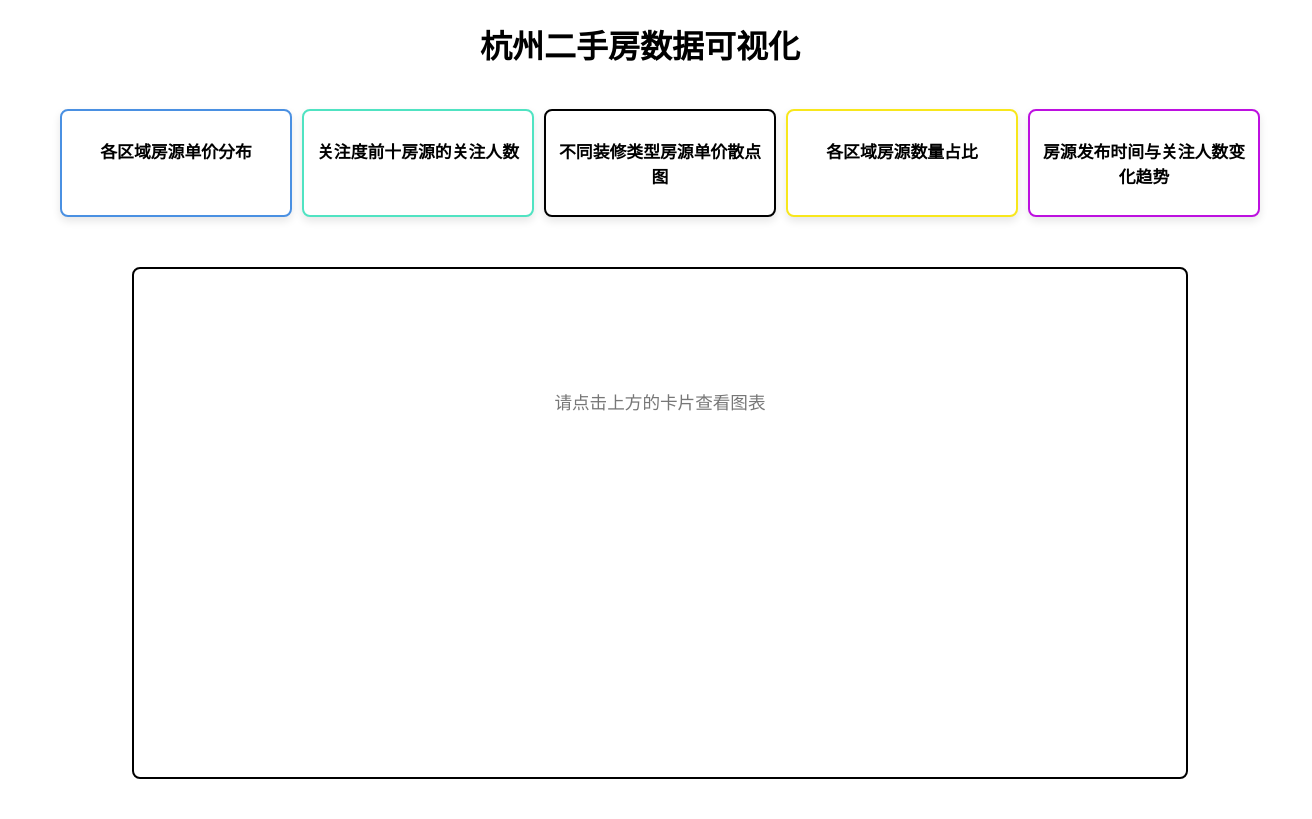
Repository: sakimi-9/DPV-SHP_HangZhou
Page: / (app in rendering/)
These files come from the project's save history. The page is drawn as it stood at one moment and after the next save; the edit follows.
The browser window is 1280 px wide. The page is 1312 px wide, so the pictures cover 1312 px, including what lies to the right of the window. The pictures show the whole page.
The project was rebuilt for these pictures with package versions that can differ from the ones it lists, and the page was loaded fresh each time. Also part of the build but not shown: rendering/vite.config.ts.

Above is the page before, as saved 2025-05-29 12:04:33.

### rendering/index.html
<!DOCTYPE html>
<html lang="en">

<head>
    <meta charset="UTF-8">
    <link rel="icon" href="/favicon.ico">
    <meta name="viewport" content="width=device-width, initial-scale=1.0">
    <title>二手房数据可视化</title>
</head>

<body>
    <div id="app"></div>
    <script type="module" src="/src/main.ts"></script>
</body>

</html>

### rendering/src/App.vue
<template>
  <div>
    <h1 style="text-align: center;">杭州二手房数据可视化</h1>

    <!-- 模式切换 UI -->


    <!-- 2D 图表区域 -->
    <HouseCharts v-if="currentMode === '2D'" :house-data="houseData" />

  </div>
</template>

<script setup lang="ts">
import { ref, onMounted } from 'vue';

// 导入新组件
import HouseCharts from './components/HouseCharts.vue';

// 导入数据解析器
import { ParsedHouse, parseHouseData } from '../util/dataParser';

// Define a ref to store the parsed data
const houseData = ref<ParsedHouse[] | null>(null);

// 定义当前模式状态
const currentMode = ref<'2D'>('2D'); // Only 2D mode is available now

// 定义控制数据分析部分显示的状态变量
const showAnalysis = ref(false);

// 切换数据分析部分显示状态的函数
const toggleAnalysis = () => {
  showAnalysis.value = !showAnalysis.value;
};

// 数据加载逻辑 (修改：先加载经纬度，再加载房源数据)
onMounted(async () => {
  try {
    const response = await fetch('/house_data.json');
    if (!response.ok) {
      throw new Error(`HTTP error! status: ${response.status}`);
    }
    const rawHouseData = await response.json();
    // 解析房源数据时传入经纬度 Map
    houseData.value = parseHouseData(rawHouseData);

    console.log('解析后的数据并存储:', houseData.value);

  } catch (error) {
    console.error('Error loading or processing data:', error);
  }
});

// 显式导出响应式变量 (可能有助于类型检查)
// export { houseData, currentMode };

</script>

<style scoped>
/* Add any specific styles for the 3D visualization container if needed */
/* Only retain App.vue's own styles */
/* HouseCharts.vue */
.chart-display-area>div[ref] {
  width: 100%;
  height: 600px;
  /* Fixed height for the chart */
}

/* HouseCharts.vue */
.chart-display-area {
  /* ... existing styles ... */
  min-height: 850px;
  /* Ensure a minimum height for the box, adjust based on chart height */
}

.chart-display-area>div[ref] {
  width: 100%;
  height: 800px;
  /* Adjusted height */
}

div {
  margin-bottom: 20px;
}

button {
  margin-right: 10px;
}

/* Add styles for the data analysis container */
.data-analysis-container {
  border: 1px solid #ccc;
  /* Add a border */
  padding: 20px;
  /* Add padding inside the box */
  margin-top: 20px;
  /* Add some space above the box */
  background-color: #f9f9f9;
  /* Add a light background color */
  border-radius: 8px;
  /* Rounded corners */
}

.data-analysis-container h2,
.data-analysis-container h3 {
  text-align: center;
  /* Center the titles within the box */
  color: #333;
  /* Darker color for titles */
  margin-bottom: 15px;
  /* Add space below titles */
}

.data-analysis-container h4 {
  margin-top: 15px;
  /* Space above h4 */
  margin-bottom: 10px;
  /* Space below h4 */
  color: #555;
  /* Slightly lighter color for h4 */
}

.data-analysis-container p {
  line-height: 1.6;
  /* Improve readability with more line spacing */
  color: #555;
  /* Slightly lighter color for text */
  margin-bottom: 10px;
  /* Adjust space between paragraphs */
}

.data-analysis-container ul {
  margin-bottom: 15px;
  /* Space below lists */
  padding-left: 20px;
  /* Indent list items */
}

.data-analysis-container ul li {
  margin-bottom: 5px;
  /* Space between list items */
  line-height: 1.5;
  /* Line spacing for list items */
  color: #555;
}


.data-analysis-container p strong {
  color: #000;
  /* Make strong text black */
}

/* Remove styles migrated to TwoDCharts.vue */
/* Keep only App.vue specific styles */

/* Example styles for layout if needed, adjust based on your structure */
/*
.container {
    max-width: 960px;
    margin: 0 auto;
    padding: 20px;
}
*/

/* Add styles for the analysis button */
.analysis-button {
  position: fixed;
  /* Fixed position relative to the viewport */
  bottom: 20px;
  /* 20px from the bottom */
  right: 20px;
  /* 20px from the right */
  z-index: 1000;
  /* Ensure it's above other content */
  padding: 10px 20px;
  font-size: 16px;
  background-color: #007bff;
  color: white;
  border: none;
  border-radius: 5px;
  cursor: pointer;
  box-shadow: 0 2px 5px rgba(0, 0, 0, 0.2);
}

.analysis-button:hover {
  background-color: #0056b3;
}
</style>

### rendering/src/components/HouseCharts.vue
<template>
    <div class="charts-container">
        <!-- Main Title - Centered in App.vue -->

        <!-- Chart Cards Grid -->
        <div class="charts-grid">
            <div v-for="(chart, index) in charts" :key="index" class="chart-card"
                :style="{ 'border-color': getCardColor(index) }" @click="selectChart(index)">
                <h3>{{ chart.title }}</h3>
            </div>
        </div>

        <!-- Chart Display Area (Black Box) -->
        <div class="chart-display-area">
            <div v-if="selectedChartIndex !== null && currentChart" class="selected-chart-content">
                <h3>{{ currentChart.title }}</h3>
                <!-- Chart rendering area - always in DOM, content controlled by JS -->
                <div ref="selectedChartDisplayRef" style="width: 100%; height: 70vh;"></div>
            </div>
            <div v-else class="placeholder-message">
                <p>请点击上方的卡片查看图表</p>
            </div>
        </div>

    </div>
</template>

<script setup lang="ts">
import { ref, onMounted, watch, computed, nextTick } from 'vue';
import * as echarts from 'echarts/core';
// Import the necessary components and charts
import { BarChart, PieChart, ScatterChart, BoxplotChart, LineChart } from 'echarts/charts';
import { GridComponent, TooltipComponent, LegendComponent, TitleComponent } from 'echarts/components';
import { CanvasRenderer } from 'echarts/renderers';

// Import data parsing functions
import {
    getAreaPriceBoxPlotData,
    getTop10FollowedHousesData,
    getRenovationPriceScatterData,
    getAreaHouseCountPieData,
    getPublishTimeFollowersTrendData
} from '../../util/chartDataParser';

echarts.use([
    BarChart,
    PieChart,
    ScatterChart,
    BoxplotChart,
    LineChart,
    GridComponent,
    TooltipComponent,
    LegendComponent,
    TitleComponent,
    CanvasRenderer,
]);

// 定义解析后的房源数据接口 (Copy from dataParser.ts for self-containment)
interface ParsedHouse {
    房源标题: string;
    室: number | null;
    厅: number | null;
    面积: number | null; // 平米
    朝向: string | null;
    装修: string | null;
    楼层信息: string | null; // 例如 "中楼层"
    总楼层: number | null;
    建筑年份: number | null; // 例如 2012
    建筑类型: string | null; // 例如 "板塔结合"
    小区名称: string | null;
    所在区域: string | null; // 例如 "临河里"
    单价: number | null; // 元/平
    关注人数: number | null;
    发布时间: string | null; // 例如 "2个月以前发布"
    标签: string[];
}

// 定义接收的 props
const props = defineProps<{ houseData: ParsedHouse[] | null }>();

// Define ref for the selected chart display area
const selectedChartDisplayRef = ref<HTMLElement | null>(null);

// Define the current chart index
const selectedChartIndex = ref<number | null>(null);

// Computed property for the current chart information
const currentChart = computed(() => {
    if (selectedChartIndex.value === null) return null;
    return charts[selectedChartIndex.value];
});

// Function to select a chart
const selectChart = (index: number) => {
    selectedChartIndex.value = index;
    console.log("Selected chart index:", selectedChartIndex.value);
};

// Function to dispose of a chart instance
const disposeChart = (chartElement: HTMLElement) => {
    const chartInstance = echarts.getInstanceByDom(chartElement);
    if (chartInstance) {
        chartInstance.dispose();
    }
};

// Function to render the selected chart
const renderSelectedChart = (
    chartInfo: { title: string, render: (element: HTMLElement, data: ParsedHouse[]) => void } | null,
    data: ParsedHouse[] | null
) => {
    // Dispose of any previously rendered chart in the display area
    if (selectedChartDisplayRef.value) {
        console.log("Disposing previous chart.");

        disposeChart(selectedChartDisplayRef.value);
        selectedChartDisplayRef.value.innerHTML = ''; // Clear previous chart content
    }

    if (!chartInfo || selectedChartIndex.value === null || !data || data.length === 0) {
        console.warn("No chart selected, no data, or chart info not ready.");
        // The placeholder is now controlled by v-else in the template
        console.log("Render conditions not met.", "Index:", selectedChartIndex.value, "Data present:", !!data, "Data length:", data ? data.length : 0);
        return;
    }

    const chartElement = selectedChartDisplayRef.value; // Get the display area element

    if (!chartElement) {
        console.warn("Chart display element is not available.");
        console.log("Render conditions not met.", "Index:", selectedChartIndex.value, "Data present:", !!props.houseData, "Data length:", props.houseData ? props.houseData.length : 0, "Element available:", !!chartElement);

        return; // Exit if the element is null
    }

    // Directly get chart info based on selected index
    if (chartElement && chartInfo) {
        // Render the current chart
        console.log(`Attempting to render chart: ${chartInfo.title}`);
        try {
            chartInfo.render(chartElement, data); // Pass the display area element to the render function
            console.log(`Successfully called render function for: ${chartInfo.title}`);
        } catch (error) {
            console.error(`Error rendering chart ${chartInfo.title}:`, error);
            chartElement.innerHTML = '<p>图表加载失败</p>';
            console.log(`Caught error during render for: ${chartInfo.title}`);
        }
    }
};

// Watch for changes in houseData or selectedChartIndex to determine if a chart *should* be rendered
watch([() => props.houseData, selectedChartIndex], async ([newData, newIndex]) => {
    // If conditions are met (data and index valid), render the chart.
    // Note: We don't await nextTick here directly for ref availability.
    // The rendering will happen when selectedChartDisplayRef becomes available.
    if (newIndex !== null && newData && newData.length > 0) {
        console.log("Data and Index valid, waiting for nextTick...");
        await nextTick(); // Wait for DOM updates

        const chartElement = selectedChartDisplayRef.value;
        if (chartElement) {
            console.log("Ref element available, attempting to render chart.", "Index:", newIndex);
            // Get the chart info directly from the charts array based on the index
            const chartInfo = charts[newIndex];
            if (chartInfo) {
                renderSelectedChart(chartInfo, newData);
            } else {
                console.error("Chart info not found for index:", newIndex);
            }
        } else {
            console.warn("Ref element not available after nextTick.");
        }
    } else {
        // If conditions are not met, dispose the current chart if it exists
        if (selectedChartDisplayRef.value) {
            console.log("Conditions not met, disposing chart.");
            disposeChart(selectedChartDisplayRef.value);
            selectedChartDisplayRef.value.innerHTML = '';
        }
    }
}, { immediate: true }); // Ensure initial check

// Function to get a color for the card based on index
const getCardColor = (index: number) => {
    const colors = ['#4A90E2', '#50E3C2', 'F5A623', '#F8E71C', '#BD10E0']; // Example colors - removed duplicate definition
    return colors[index % colors.length];
};

// --- Chart Render Functions ---

// 1. 各区域房源单价分布对比箱线图
function renderAreaPriceBoxPlot(chartElement: HTMLElement, data: ParsedHouse[]) {
    const chartData = getAreaPriceBoxPlotData(data);

    if (chartData.length === 0) {
        echarts.dispose(chartElement);
        chartElement.innerHTML = '<p>暂无区域单价分布数据</p>';
        return;
    }

    const areas = chartData.map(item => item.area);
    const prices = chartData.map(item => item.prices);

    const myChart = echarts.init(chartElement);
    console.log("ECharts instance initialized for:", "各区域房源单价分布");
    const option = {
        title: {
            text: '各区域房源单价分布',
            left: 'center'
        },
        tooltip: {
            trigger: 'item',
            axisPointer: { type: 'shadow' }
        },
        xAxis: {
            type: 'category',
            data: areas,
            boundaryGap: true,
            nameMap: areas,
            axisLabel: {
                interval: 0,
                rotate: 30,
                overflow: 'breakAll',
                ellipsis: '...'
            }
        },
        yAxis: {
            type: 'value',
            name: '单价 (元/平)'
        },
        series: [
            {
                name: '单价分布',
                type: 'boxplot',
                data: prices,
                tooltip: {
                    formatter: function (param: any) { // Keep any type for simplicity
                        if (param.data) {
                            return [
                                `区域: ${param.name}<br/>`,
                                `最大值: ${param.data[5].toFixed(2)}<br/>`,
                                `第三四分位数: ${param.data[4].toFixed(2)}<br/>`,
                                `中位数: ${param.data[3].toFixed(2)}<br/>`,
                                `第一四分位数: ${param.data[2].toFixed(2)}<br/>`,
                                `最小值: ${param.data[1].toFixed(2)}`
                            ].join('');
                        }
                        return '';
                    }
                }
            }
        ]
    };
    console.log("Setting option for:", "各区域房源单价分布", option);
    myChart.setOption(option);
}

// 2. 关注度前十房源的关注人数柱状图
function renderTop10FollowersBar(chartElement: HTMLElement, data: ParsedHouse[]) {
    const chartData = getTop10FollowedHousesData(data);

    if (chartData.length === 0) {
        echarts.dispose(chartElement);
        chartElement.innerHTML = '<p>暂无关注度前十房源数据</p>';
        return;
    }

    const titles = chartData.map(item => item.title);
    const followers = chartData.map(item => item.followers);

    const myChart = echarts.init(chartElement);
    console.log("ECharts instance initialized for:", "关注度前十房源的关注人数");
    const option = {
        title: {
            text: '关注度前十房源的关注人数',
            left: 'center'
        },
        tooltip: {},
        xAxis: {
            type: 'category',
            data: titles,
            axisLabel: {
                interval: 0,
                rotate: 30,
                overflow: 'breakAll',
                ellipsis: '...'
            }
        },
        yAxis: {
            type: 'value',
            name: '关注人数'
        },
        series: [
            {
                name: '关注人数',
                type: 'bar',
                data: followers
            }
        ]
    };
    console.log("Setting option for:", "关注度前十房源的关注人数", option);
    myChart.setOption(option);
}

// 3. 不同装修类型房源单价散点图
function renderRenovationPriceScatter(chartElement: HTMLElement, data: ParsedHouse[]) {
    const chartData = getRenovationPriceScatterData(data);

    if (chartData.length === 0) {
        echarts.dispose(chartElement);
        chartElement.innerHTML = '<p>暂无装修类型与单价数据</p>';
        return;
    }

    const scatterData = chartData.map((item: { renovation: string, price: number }) => [item.price, item.renovation]); // Explicitly type item

    // Get unique renovation types for y-axis categories
    const renovationTypes = Array.from(new Set(chartData.map((item: { renovation: string, price: number }) => item.renovation))) as string[]; // Explicitly type item and result

    const myChart = echarts.init(chartElement);
    console.log("ECharts instance initialized for:", "不同装修类型房源单价散点图");
    const option = {
        title: {
            text: '不同装修类型房源单价散点图',
            left: 'center'
        },
        tooltip: {
            trigger: 'axis',
            axisPointer: { type: 'shadow' },
            formatter: function (params: any) { // Keep any type for simplicity
                const item = params[0];
                return `装修: ${item.value[1]}<br/>单价: ${item.value[0].toFixed(2)} 元/平`;
            }
        },
        xAxis: {
            type: 'value',
            name: '单价 (元/平)'
        },
        yAxis: {
            type: 'category',
            data: renovationTypes,
            name: '装修类型'
        },
        series: [
            {
                name: '房源',
                type: 'scatter',
                data: scatterData
            }
        ]
    };
    console.log("Setting option for:", "不同装修类型房源单价散点图", option);
    myChart.setOption(option);
}

// 4. 各区域房源数量占比饼图
function renderAreaCountPie(chartElement: HTMLElement, data: ParsedHouse[]) {
    const chartData = getAreaHouseCountPieData(data);

    if (chartData.length === 0) {
        echarts.dispose(chartElement);
        chartElement.innerHTML = '<p>暂无区域房源数量数据</p>';
        return;
    }

    const pieData = chartData.map((item: { area: string, count: number }) => ({
        name: item.area,
        value: item.count
    })); // Explicitly type item

    const myChart = echarts.init(chartElement);
    console.log("ECharts instance initialized for:", "各区域房源数量占比");
    const option = {
        title: {
            text: '各区域房源数量占比',
            left: 'center'
        },
        tooltip: {
            trigger: 'item',
            formatter: '{a} <br/>{b}: {c} ({d}%)'
        },
        legend: {
            orient: 'vertical',
            left: 'left',
            data: chartData.map((item: { area: string, count: number }) => item.area) // Explicitly type item
        },
        series: [
            {
                name: '房源数量',
                type: 'pie',
                radius: '50%',
                data: pieData,
                emphasis: {
                    itemStyle: {
                        shadowBlur: 10,
                        shadowOffsetX: 0,
                        shadowColor: 'rgba(0, 0, 0, 0.5)'
                    }
                }
            }
        ]
    };
    console.log("Setting option for:", "各区域房源数量占比", option);
    myChart.setOption(option);
}

// 5. 房源发布时间与关注人数变化趋势折线图
function renderPublishTimeFollowersLine(chartElement: HTMLElement, data: ParsedHouse[]) {
    const chartData = getPublishTimeFollowersTrendData(data);

    if (chartData.length === 0) {
        echarts.dispose(chartElement);
        chartElement.innerHTML = '<p>暂无发布时间与关注人数趋势数据</p>';
        return;
    }

    const times = chartData.map((item: { time: string, totalFollowers: number }) => item.time); // Explicitly type item
    const totalFollowers = chartData.map((item: { time: string, totalFollowers: number }) => item.totalFollowers); // Explicitly type item

    const myChart = echarts.init(chartElement);
    console.log("ECharts instance initialized for:", "房源发布时间与关注人数变化趋势");
    const option = {
        title: {
            text: '房源发布时间与关注人数变化趋势',
            left: 'center'
        },
        tooltip: {
            trigger: 'axis'
        },
        xAxis: {
            type: 'category',
            data: times,
            axisLabel: {
                interval: 0,
                rotate: 30,
                overflow: 'breakAll',
                ellipsis: '...'
            }
        },
        yAxis: {
            type: 'value',
            name: '总关注人数'
        },
        series: [
            {
                name: '总关注人数',
                type: 'line',
                data: totalFollowers
            }
        ]
    };
    console.log("Setting option for:", "房源发布时间与关注人数变化趋势", option);
    myChart.setOption(option);
}

// Define the list of charts with their titles and render functions
const charts = [
    { title: '各区域房源单价分布', render: renderAreaPriceBoxPlot },
    { title: '关注度前十房源的关注人数', render: renderTop10FollowersBar },
    { title: '不同装修类型房源单价散点图', render: renderRenovationPriceScatter },
    { title: '各区域房源数量占比', render: renderAreaCountPie },
    { title: '房源发布时间与关注人数变化趋势', render: renderPublishTimeFollowersLine },
];

// Initial render logic (optional, handled by watch with immediate: true)
/*
onMounted(() => {
    renderSelectedChart(props.houseData);
});
*/

</script>

<style scoped>
.charts-container {
    display: flex;
    flex-direction: column;
    gap: 30px;
    /* Increased gap */
    align-items: center;
    margin-top: 20px;
    /* Adjusted top margin */
    padding: 20px;
    width: 100%;
    /* Ensure container takes full width */
}

.charts-grid {
    display: grid;
    grid-template-columns: repeat(5, 1fr);
    /* Changed to 5 equal columns */
    gap: 10px;
    /* Reduced gap to make cards smaller */
    width: 100%;
    max-width: 1200px;
    /* Keep max width */
    justify-content: center;
}

.chart-card {
    background-color: #fff;
    border: 2px solid;
    /* Use border-color from style binding */
    border-radius: 8px;
    padding: 10px;
    /* Reduced padding */
    text-align: center;
    cursor: pointer;
    box-shadow: 0 4px 8px rgba(0, 0, 0, 0.1);
    transition: transform 0.3s ease, box-shadow 0.3s ease;
    font-size: 0.9em;
    /* Slightly reduced font size */
}

.chart-card:hover {
    transform: translateY(-5px);
    box-shadow: 0 6px 12px rgba(0, 0, 0, 0.15);
}

/* --- 图表显示区域容器样式 (黑色边框区域) --- */
.chart-display-area {
    margin-top: 20px;
    /* Space above the display area */
    border: 2px solid black;
    /* Black border */
    border-radius: 8px;
    padding: 20px;
    width: 80%;
    flex-direction: column;
    align-items: center;
    min-height: 65vh;
    /* Ensure a minimum height for the box, adjusted for larger chart */
    /* Ensure a minimum height for the box */
}

.chart-display-area h3 {
    margin-top: 0;
    margin-bottom: 10px;
}

/* --- ECharts 图表实际渲染区域样式 (div[ref=selectedChartDisplayRef]) --- */
/* 调整这里的 width 和 height 可以直接改变图表的大小 */
.chart-display-area>div[ref] {
    width: 90%;
    /* 让图表占据父容器的全部宽度 */
    height: 55vh;
    /* 保持您设置的高度 */
    /* 例如，占视口高度的 70% */
}

.placeholder-message {
    text-align: center;
    color: #777;
    font-size: 1.1em;
    margin-top: 100px;
    /* Center message vertically */
}

/* Removed carousel related styles */
</style>

Loaded but not shown: rendering/src/main.ts (common file); rendering/public/house_data.json (1034 lines, source omitted); rendering/util/dataParser.ts (112 lines, source omitted); rendering/util/chartDataParser.ts (107 lines, source omitted)

After the next save:
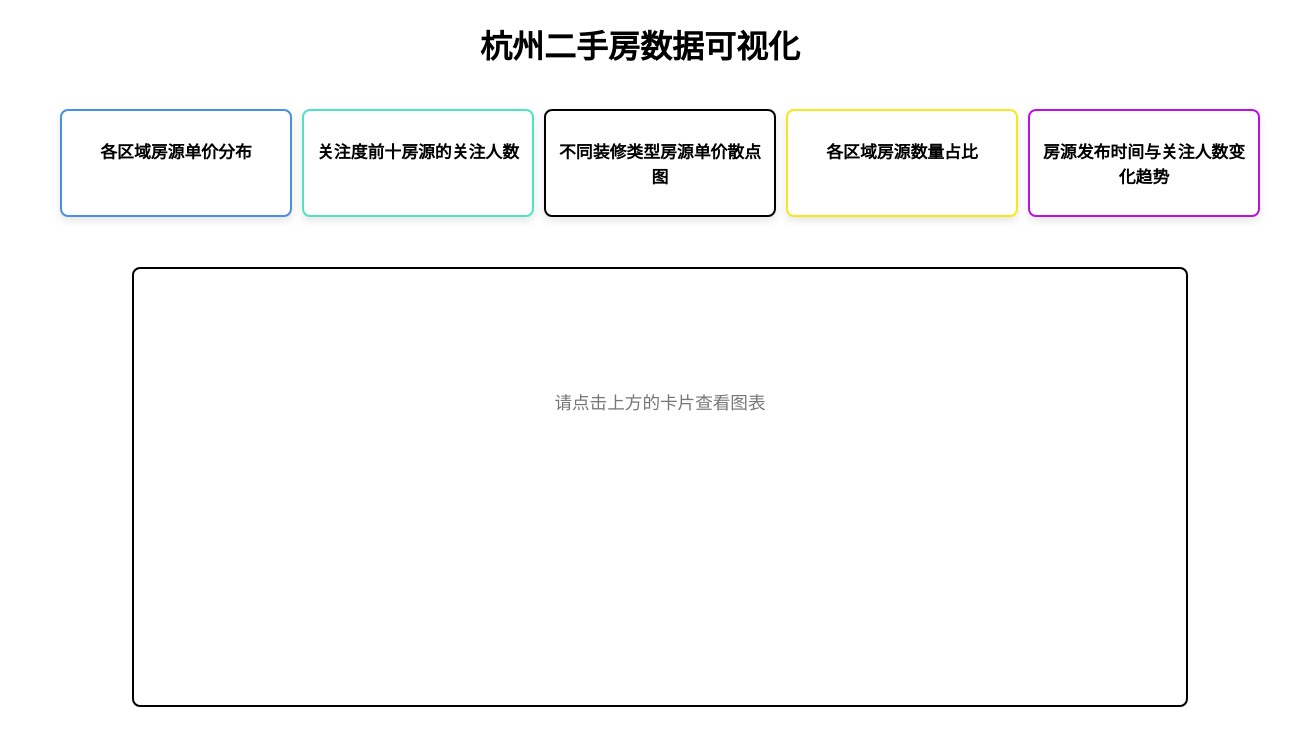
Saved 15 s later.
--- a/rendering/src/components/HouseCharts.vue
+++ b/rendering/src/components/HouseCharts.vue
@@ -528,7 +528,7 @@ onMounted(() => {
     width: 80%;
     flex-direction: column;
     align-items: center;
-    min-height: 65vh;
+    min-height: 55vh;
     /* Ensure a minimum height for the box, adjusted for larger chart */
     /* Ensure a minimum height for the box */
 }
@@ -543,7 +543,7 @@ onMounted(() => {
 .chart-display-area>div[ref] {
     width: 90%;
     /* 让图表占据父容器的全部宽度 */
-    height: 55vh;
+    height: 50vh;
     /* 保持您设置的高度 */
     /* 例如，占视口高度的 70% */
 }
